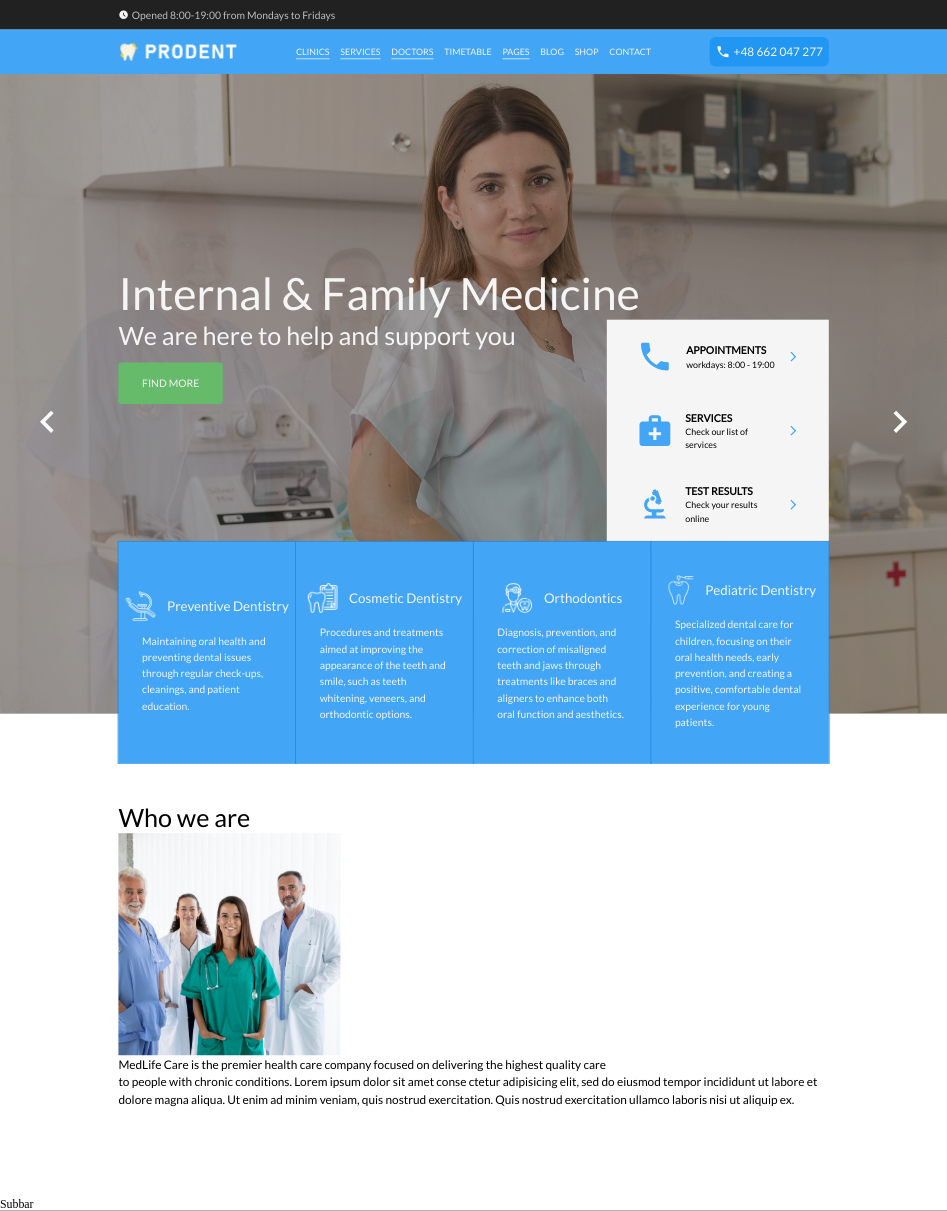
Repository: princ3-web/8
Page: /
These files come from the project's save history. The page is drawn as it stood at one moment and after a run of saves; the edit follows.
The browser window is 1280 px wide. The pictures show the whole page, at 74% of full size.
The project was rebuilt for these pictures with package versions that can differ from the ones it lists, and the page was loaded fresh each time. Also part of the build but not shown: vite.config.js, src/subpages/About.jsx, src/index.css.

Above is the page before, as saved 2023-11-02 15:15:09.

### index.html
<!doctype html>
<html lang="en">
  <head>
    <meta charset="UTF-8" />
    <link rel="icon" type="image/svg+xml" href="/vite.svg" />
    <meta name="viewport" content="width=device-width, initial-scale=1.0" />
    <title>Vite + React</title>
    <link rel="preconnect" href="https://fonts.googleapis.com">
    <link rel="preconnect" href="https://fonts.gstatic.com" crossorigin>
    <link href="https://fonts.googleapis.com/css2?family=Lato&display=swap" rel="stylesheet">
  </head>
  <body>
    <div id="root"></div>
    <script type="module" src="/src/main.jsx"></script>
  </body>
</html>

### src/App.jsx
import "./App.css";
import { Box } from "@mui/material";
import { Route, Routes } from "react-router-dom";
import Home from "./subpages/Home";
import About from "./subpages/About";
import Navbar from "./components/Navbar";
import Subbar from "./components/Subbar";
import { createTheme, ThemeProvider } from "@mui/material/styles";

function App() {

  const theme = createTheme({
    typography: {
      fontFamily: "Lato, sans-serif",
    },
  });



  return (
    <ThemeProvider theme={theme}>
    <Box>

      <Navbar />

      <Routes>
        <Route path="/" element={<Home />} />
        <Route path="/about" element={<About />} />
      </Routes>
      <Subbar />
    </Box>
    </ThemeProvider>
  );
}

export default App;

### src/App.css
body {
  padding: 0;
  margin: 0;
  overflow-x: "hidden";
}

### src/subpages/Home.jsx
import React, { useEffect, useState } from "react";
import { Box, CardMedia, Typography, Button, Fade } from "@mui/material";
import image1 from "../assets/images/1.jpg";
import image2 from "../assets/images/2.jpg";
import image3 from "../assets/images/3.jpg";
import image4 from "../assets/images/4.jpg";
import { green, grey, blue } from "@mui/material/colors";
import PhoneIcon from "@mui/icons-material/Phone";
import MedicalServicesIcon from "@mui/icons-material/MedicalServices";
import BiotechIcon from "@mui/icons-material/Biotech";
import ArrowForwardIosIcon from "@mui/icons-material/ArrowForwardIos";
import icon1 from "../assets/icons/1.png";
import icon2 from "../assets/icons/2.png";
import icon3 from "../assets/icons/3.png";
import icon4 from "../assets/icons/4.png";
import SingleCarousel from "../components/SingleCarousel";

const Menu = () => {
  const items0 = [
    {
      title: "Preventive Dentistry",
      text: "Maintaining oral health and preventing dental issues through regular check-ups, cleanings, and patient education.",
      icon: icon1,
    },
    {
      title: "Cosmetic Dentistry",
      text: "Procedures and treatments aimed at improving the appearance of the teeth and smile, such as teeth whitening, veneers, and orthodontic options.",
      icon: icon2,
    },
    {
      title: "Orthodontics",
      text: "Diagnosis, prevention, and correction of misaligned teeth and jaws through treatments like braces and aligners to enhance both oral function and aesthetics.      ",
      icon: icon3,
    },
    {
      title: "Pediatric Dentistry",
      text: "Specialized dental care for children, focusing on their oral health needs, early prevention, and creating a positive, comfortable dental experience for young patients.      ",
      icon: icon4,
    },
  ];

  const items1 = [
    {
      title: "APPOINTMENTS",
      text: "workdays: 8:00 - 19:00",
      icon: <PhoneIcon sx={{ color: blue[400], fontSize: "50px", mr: "1rem" }} />,
    },
    {
      title: "SERVICES",
      text: "Check our list of services",
      icon: <MedicalServicesIcon sx={{ color: blue[400], fontSize: "50px", mr: "1rem" }} />,
    },
    {
      title: "TEST RESULTS",
      text: "Check your results online",
      icon: <BiotechIcon sx={{ color: blue[400], fontSize: "50px", mr: "1rem" }} />,
    },
  ];

  return (
    <Box
      sx={{
        position: "absolute",
        display: "flex",
        flexDirection: "column",
        alignItems: "flex-end",
        boxSizing: "border-box",
        top: "60%",
        px: "160px",
        width: "100%",
      }}
    >
      <Box
        sx={{
          display: "flex",
          flexDirection: "column",
          justifyContent: "space-evenly",
          alignItems: "center",
          backgroundColor: grey[100],
          width: "300px",
          height: "300px",
        }}
      >
        {items1.map((item) => (
          <Box
            sx={{
              display: "flex",
              alignItems: "center",
              justifyContent: "space-between",
              width: "100%",
              height: "33%",
              boxSizing: "border-box",
              px: "40px",
              transition: "0.25s",
              ":hover": {
                backgroundColor: grey[300],
                cursor: "pointer",
              },
            }}
          >
            {item.icon}
            <Box>
              <Typography sx={{ fontSize: "14px", fontWeight: 600 }}>{item.title}</Typography>
              <Typography sx={{ fontSize: "12px" }}>{item.text}</Typography>
            </Box>
            <ArrowForwardIosIcon sx={{ color: blue[400], fontSize: "16px", ml: "1rem" }} />
          </Box>
        ))}
      </Box>
      <Box sx={{ display: "flex", width: "100%" }}>
        {items0.map((item) => (
          <Box
            sx={{
              display: "flex",
              flexDirection: "column",
              justifyContent: "center",
              alignItems: "center",
              backgroundColor: blue[400],
              width: "300px",
              height: "300px",
              outline: "1px solid " + blue[600],
              transition: "0.25s",
              ":hover": {
                backgroundColor: blue[500],
                cursor: "pointer",
              },
            }}
          >
            <Box sx={{ display: "flex", alignItems: "center", mb: "1rem" }}>
              <CardMedia
                component="img"
                src={item.icon}
                alt=""
                sx={{ width: "40px", mr: "1rem" }}
              />
              <Typography color={grey[100]} sx={{ fontSize: "18px" }}>
                {item.title}
              </Typography>
            </Box>
            <Typography color={grey[100]} variant="subtitle2" sx={{ px: "2rem" }}>
              {item.text}
            </Typography>
          </Box>
        ))}
      </Box>
    </Box>
  );
};

const Home = () => {
  const items0 = [
    {
      title: "Preventive Dentistry",
      text: "Maintaining oral health and preventing dental issues through regular check-ups, cleanings, and patient education.",
      icon: icon1,
    },
    {
      title: "Cosmetic Dentistry",
      text: "Procedures and treatments aimed at improving the appearance of the teeth and smile, such as teeth whitening, veneers, and orthodontic options.",
      icon: icon2,
    },
    {
      title: "Orthodontics",
      text: "Diagnosis, prevention, and correction of misaligned teeth and jaws through treatments like braces and aligners to enhance both oral function and aesthetics.      ",
      icon: icon3,
    },
    {
      title: "Pediatric Dentistry",
      text: "Specialized dental care for children, focusing on their oral health needs, early prevention, and creating a positive, comfortable dental experience for young patients.      ",
      icon: icon4,
    },
  ];

  const items1 = [
    {
      title: "APPOINTMENTS",
      text: "workdays: 8:00 - 19:00",
      icon: <PhoneIcon sx={{ color: blue[400], fontSize: "50px", mr: "1rem" }} />,
    },
    {
      title: "SERVICES",
      text: "Check our list of services",
      icon: <MedicalServicesIcon sx={{ color: blue[400], fontSize: "50px", mr: "1rem" }} />,
    },
    {
      title: "TEST RESULTS",
      text: "Check your results online",
      icon: <BiotechIcon sx={{ color: blue[400], fontSize: "50px", mr: "1rem" }} />,
    },
  ];

  const [currentImageIndex, setCurrentImageIndex] = useState(0);

  useEffect(() => {
    const interval = setInterval(() => {
      const nextIndex = (currentImageIndex + 1) % images.length;
      setCurrentImageIndex(nextIndex);
    }, 4000);

    return () => {
      clearInterval(interval);
    };
  }, [currentImageIndex]);

  const images = [image1, image2, image3, image4];

  return (
    <Box>
      <SingleCarousel images={images} />

      <Box sx={{ position: "absolute", top: "50%", left: "160px", zIndex: 1 }}>
        <Typography variant="h2" sx={{ color: grey[100] }}>
          Internal & Family Medicine
        </Typography>
        <Typography variant="h4" sx={{ color: grey[100] }}>
          We are here to help and support you
        </Typography>
        <Button
          sx={{
            backgroundColor: green[400],
            color: grey[100],
            py: "1rem",
            px: "2rem",
            mt: "1rem",
            "&:hover": {
              backgroundColor: green[700],
              cursor: "pointer",
            },
          }}
        >
          FIND MORE
        </Button>
      </Box>
      <Menu />
      <Box sx={{boxSizing:"border-box", px:"160px", py:"120px"}}>
        <Typography variant="h4">Who we are</Typography>
        <Box>
          <CardMedia component="img" src={image1} alt="" sx={{ width: "300px", height: "300px" }} />
          <Box>
            <Typography>
              MedLife Care is the premier health care company focused on delivering the highest
              quality care
            </Typography>
          </Box>
          <Typography>
            to people with chronic conditions. Lorem ipsum dolor sit amet conse ctetur adipisicing
            elit, sed do eiusmod tempor incididunt ut labore et dolore magna aliqua. Ut enim ad
            minim veniam, quis nostrud exercitation. Quis nostrud exercitation ullamco laboris nisi
            ut aliquip ex.
          </Typography>
        </Box>
      </Box>
    </Box>
  );
};

export default Home;

### src/components/Navbar.jsx
import React from "react";
import { Box, Typography, CardMedia, Menu, MenuItem } from "@mui/material";
import { blue, grey } from "@mui/material/colors";
import PhoneIcon from "@mui/icons-material/Phone";
import AccessTimeFilledIcon from "@mui/icons-material/AccessTimeFilled";
import logo from "../assets/icons/logo.png";

const Navbar = () => {
  const items = [
    { name: "CLINICS", items: ["Dental Clinic 1", "Dental Clinic 2", "Dental Clinic 3"] },
    { name: "SERVICES", items: ["Orthodontics", "Cosmetic Dentistry", "Preventive Dentistry"] },
    { name: "DOCTORS", items: ["Dentist 1", "Dentist 2", "Dentist 3"] },
    { name: "TIMETABLE", items: [] },
    { name: "PAGES", items: ["Home Page", "About Us", "Services Page"] },
    { name: "BLOG", items: [] },
    { name: "SHOP", items: [] },
    {
      name: "CONTACT",
      items: [],
    },
  ];

  const handleMenuItemHover = (event, index) => {
    const dropdownMenu = event.currentTarget.querySelector(".dropdown-menu");
    if (dropdownMenu) {
      dropdownMenu.style.visibility = "visible";
      dropdownMenu.style.filter = "opacity(1)";
    }
  };

  const handleMenuItemLeave = (event) => {
    const dropdownMenu = event.currentTarget.querySelector(".dropdown-menu");
    if (dropdownMenu) {
      dropdownMenu.style.visibility = "hidden";
      dropdownMenu.style.filter = "opacity(0)";
    }
  };

  return (
    <Box sx={{ position: "relative", zIndex: 2 }}>
      <Box
        sx={{
          display: "flex",
          alignItems: "center",
          height: "40px",
          width: "100%",
          backgroundColor: grey[900],
          pl: "160px",
          boxSizing: "border-box",
        }}
      >
        <AccessTimeFilledIcon sx={{ color: grey[100], fontSize: "14px", mr: "0.25rem" }} />
        <Typography color={grey[400]} variant="subtitle2">
          Opened 8:00-19:00 from Mondays to Fridays
        </Typography>
      </Box>
      <Box
        sx={{
          display: "flex",
          justifyContent: "space-between",
          alignItems: "center",
          boxSizing: "border-box",
          px: "160px",
          backgroundColor: blue[400],
          height: "60px",
        }}
      >
        <Box>
          <CardMedia component="img" src={logo} alt="" sx={{ height: "30px" }} />
        </Box>
        <Box
          sx={{
            display: "flex",
            justifyContent: "space-between",
            alignItems: "center",
            width: "50%",
            height: "100%",
          }}
        >
          {items.map((item, index) => (
            <Box
              key={index}
              onMouseEnter={(e) => handleMenuItemHover(e, index)}
              onMouseLeave={handleMenuItemLeave}
              sx={{ display: "flex", alignItems: "center", height: "100%" }}
            >
              <Typography
                sx={{
                  color: grey[100],
                  textDecoration: item.items.length < 1 ? "none" : "underline",
                  textUnderlineOffset:"5px",
                  fontSize: "12px",
                  ":hover": { cursor: "pointer", color: blue[100] },
                }}
              >
                {item.name}
              </Typography>
              <Box
                className="dropdown-menu"
                sx={{
                  visibility: "hidden",
                  position: "absolute",
                  backgroundColor: grey[100],
                  transition: "0.5s",
                  filter: "opacity(0)",
                  fontSize: "12px",
                  mt: "190px",
                  ml: "-10px",
                  py:"0.5rem",
                }}
              >
                {item.items.map((item) => (

                  <MenuItem sx={{ fontSize: "12px", p:"1rem", pr:"7rem" }}>{item}</MenuItem>
                ))}
              </Box>
            </Box>
          ))}
        </Box>
        <Box
          sx={{
            display: "flex",
            alignItems: "center",
            p: "0.5rem",
            borderRadius: ".5rem",
            backgroundColor: blue[500],
          }}
        >
          <PhoneIcon sx={{ color: grey[100], fontSize: "20px", mr: "0.25rem" }} />
          <Typography color={grey[100]}>+48 662 047 277</Typography>
        </Box>
      </Box>
    </Box>
  );
};

export default Navbar;

### src/components/Subbar.jsx
import React from 'react'

const Subbar = () => {
  return (
    <div>Subbar</div>
  )
}

export default Subbar

### src/components/SingleCarousel.jsx
import React, { useState, useEffect } from "react";
import KeyboardArrowLeftIcon from "@mui/icons-material/KeyboardArrowLeft";
import KeyboardArrowRightIcon from "@mui/icons-material/KeyboardArrowRight";
import IconButton from "@mui/material/IconButton";
import Box from "@mui/material/Box";
import { grey } from "@mui/material/colors";
import { CardMedia } from "@mui/material";

const SingleCarousel = ({ images }) => {
  const [index, setIndex] = useState(0);
  const [transition, setTransition] = useState(false);
  const [hover, setHover] = useState(false);

  useEffect(() => {
    const interval = setInterval(() => {
      setIndex((state) => (state === images.length - 1 ? 0 : state + 1));
    }, 5000);

    return () => {
      clearInterval(interval);
    };
  }, [hover]);

  const handlePrevious = () => {
    if (!transition) {
      setTransition(true);
      setIndex((state) => (state > 0 ? setIndex(state - 1) : setIndex(images.length - 1)));
      setTimeout(() => setTransition(false), 500);
    }
  };

  const handleNext = () => {
    if (!transition) {
      setTransition(true);
      setIndex((state) => (state < images.length - 1 ? setIndex(state + 1) : setIndex(0)));
      setTimeout(() => setTransition(false), 500);
    }
  };

  return (
    <Box height={"120vh"} sx={{ position: "relative", overflow: "hidden", backgroundColor: grey[900] }}>
      {images.map((item, n) => (
        <Box
          sx={{
            position: "absolute",
            justifyContent: "center",
            alignContent: "center",
            width: "100%",
            height: "100%",
            transition: "2s",
            filter: n === index ? "Opacity(1)" : "Opacity(0)",
          }}
        >
          <CardMedia
            component="img"
            src={item}
            sx={{ height: "100%", filter: "brightness(0.8)" }}
          />

        </Box>
      ))}
      <Box
        sx={{
          position: "absolute",
          display: "flex",
          justifyContent: "space-between",
          width: "96%",
          left: "2%",
          top: "50%",
        }}
      >
        <IconButton
          onClick={handlePrevious}
          onMouseOver={() => setHover(true)}
          onMouseLeave={() => setHover(false)}
        >
          <KeyboardArrowLeftIcon style={{ color: grey[50], zIndex: 10, fontSize: 60 }} />
        </IconButton>
        <IconButton
          onClick={handleNext}
          onMouseOver={() => setHover(true)}
          onMouseLeave={() => setHover(false)}
        >
          <KeyboardArrowRightIcon style={{ color: grey[50], zIndex: 10, fontSize: 60 }} />
        </IconButton>
      </Box>
    </Box>
  );
};

export default SingleCarousel;

Loaded but not shown: src/main.jsx (common file); src/index.css (no copy from this time; the picture is the same without it)

After the next 3 saves:
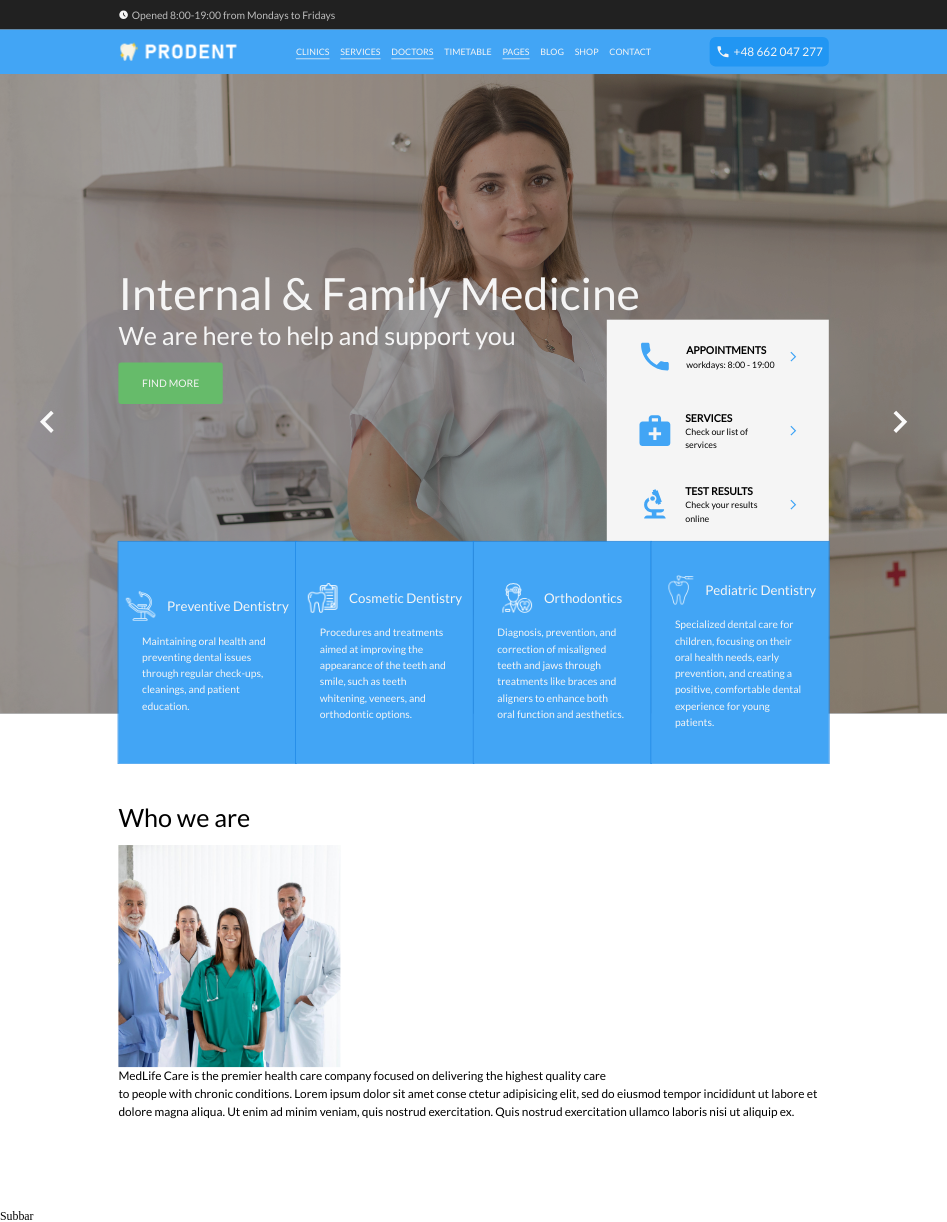
The 3 saves are shown as one change because they came seconds apart.
The last was saved 15 s later.
--- a/src/subpages/Home.jsx
+++ b/src/subpages/Home.jsx
@@ -235,7 +235,7 @@ const Home = () => {
       <Box sx={{boxSizing:"border-box", px:"160px", py:"120px"}}>
         <Typography variant="h4">Who we are</Typography>
         <Box>
-          <CardMedia component="img" src={image1} alt="" sx={{ width: "300px", height: "300px" }} />
+          <CardMedia component="img" src={image1} alt="" sx={{ width: "300px", height: "300px", mt:"1rem" }} />
           <Box>
             <Typography>
               MedLife Care is the premier health care company focused on delivering the highest
